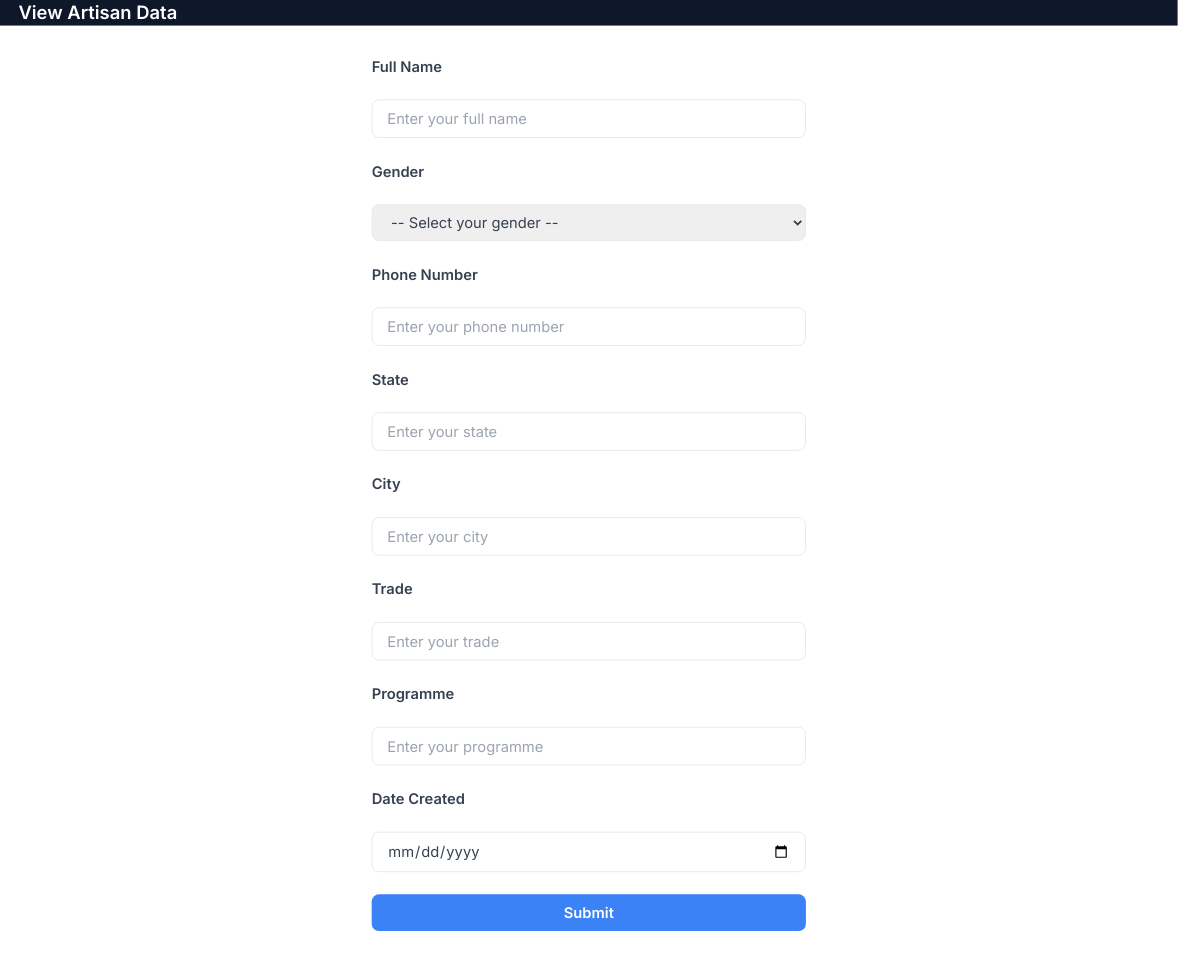
Repository: marcusdashe/artisanindex_frontend
Page: /components/CreateArtisan
These files come from the project's save history. The page is drawn as it stood at one moment and after the next save; the edit follows.
The browser window is 1280 px wide. The pictures show the whole page, at 92% of full size.
The project was rebuilt for these pictures with package versions that can differ from the ones it lists, and the page was loaded fresh each time. The framework's server and built-in components were replaced by stand-ins that run in the browser. Also part of the build but not shown: next.config.js.

Above is the page before, as saved 2023-03-09 11:23:20.

After the next save:
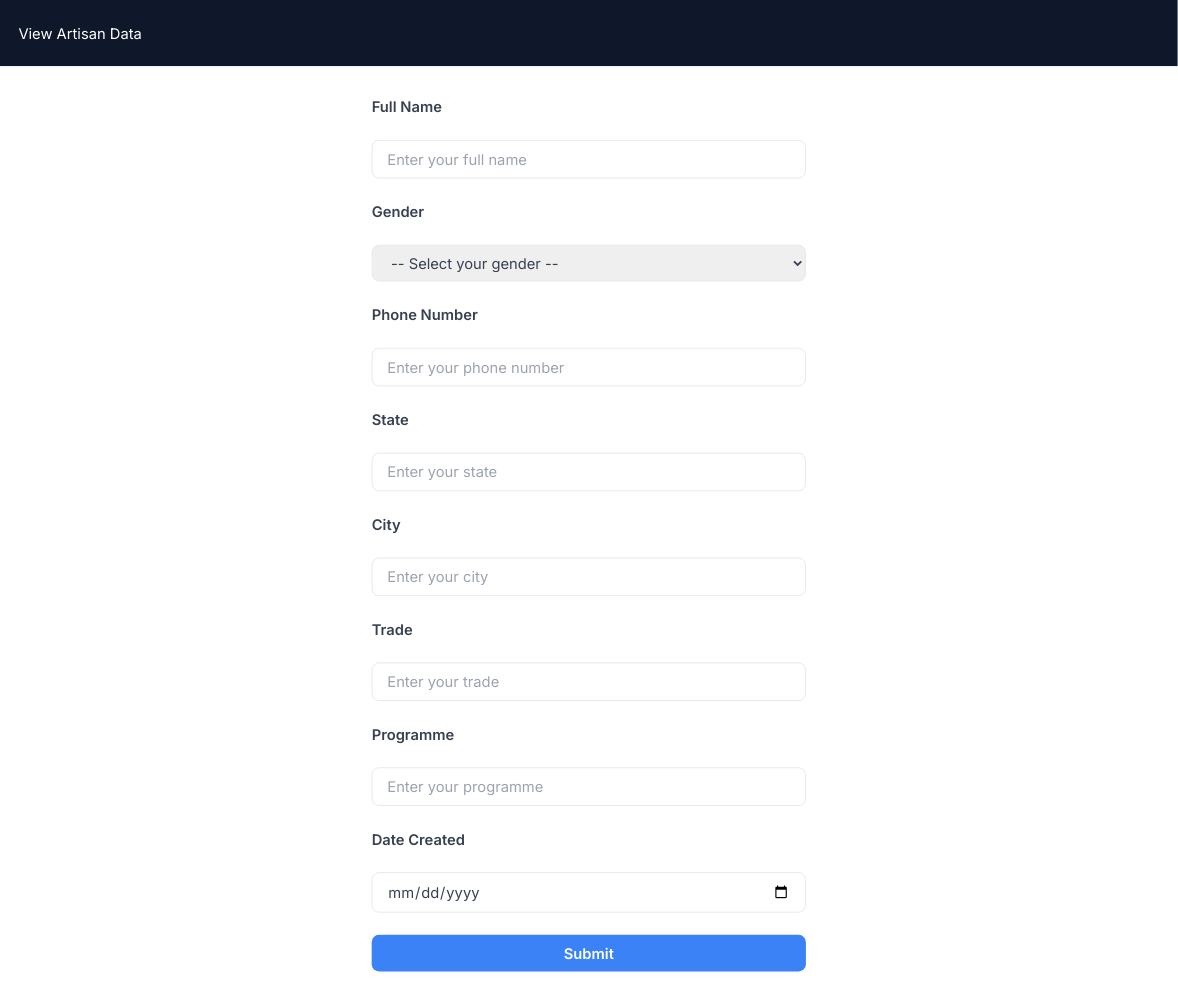
Saved 82 s later.
--- a/pages/components/CreateArtisan.js
+++ b/pages/components/CreateArtisan.js
@@ -24,9 +24,9 @@ function ViewArtisanDataScreen() {
   };
 
   return (
-    <div className="h-screen flex flex-col">
-      <div className="h-16 bg-slate-900 text-white flex items-center px-5">
-        <h1 className="text-xl font-bold">View Artisan Data</h1>
+    <div className="w-full h-[100vh]">
+      <div className="w-full h-[10vh] bg-slate-900 flex items-center content-center justify-start text-white p-5">
+        View Artisan Data
       </div>
       <div className="flex-1 bg-white flex items-center justify-center">
         <div className="max-w-lg w-full px-5 py-8">
